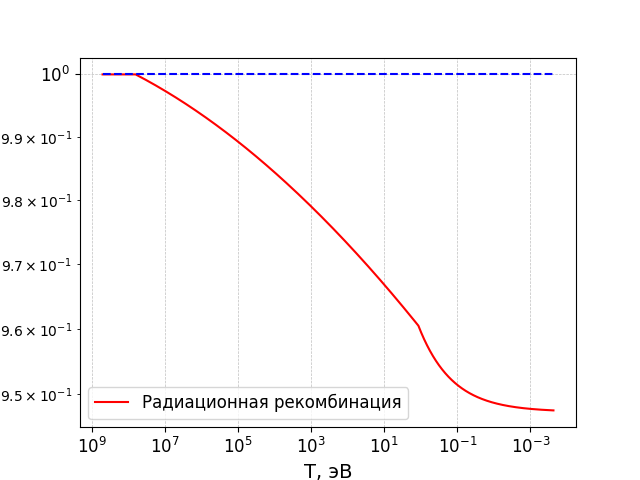
Repository: impermast/recombination
Script's output: python raschet/rec.py
The author's editor kept a copy of each file at every save. The script's output is drawn from the files as they stood at one save, then again after the next save.
Random numbers start from a fixed seed.

Above is the script's output before, as saved 2023-05-17 16:12:40.

After the next save:
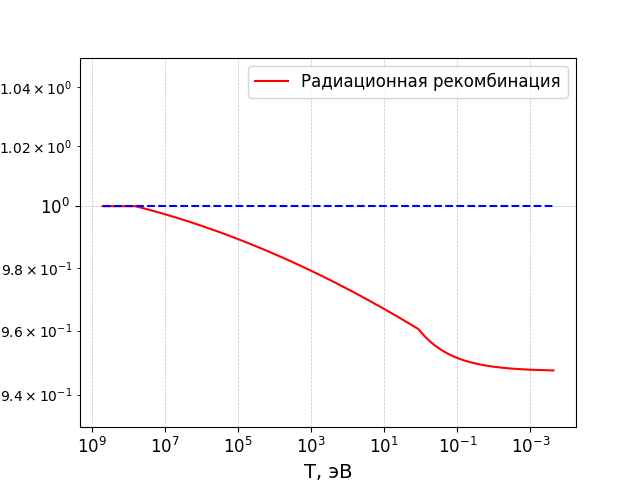
Saved 54 s later.
--- a/raschet/rec.py
+++ b/raschet/rec.py
@@ -246,7 +246,7 @@ def graph(T,rk,r3,rcl,rlim):
     ax.set_xlabel('T, эВ', fontsize=14)
     ax.set_ylabel(r'$r/r_0$', fontsize=14)
     # ax.set_xlim([10**8, 10**3])
-    # ax.set_ylim([10**(-10), 10**(8)])
+    ax.set_ylim([0.93, 1.05])
     ax.text(10**(8), 10**(-11),
             r'$m_a = 10^{%0.0f}$ эВ'%(np.log10(ma))+"\n"+
             r'$m_b = 10^{%0.0f}$ эВ'%(np.log10(mb))+"\n"+
